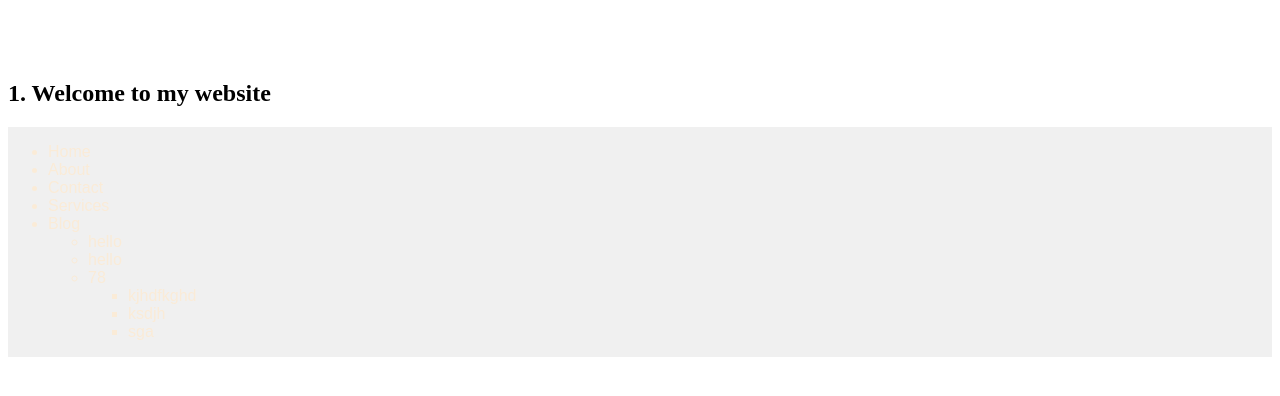
Repository: phulkeshwarmahto/CompleteJS
Page: index.html
The author's editor kept a copy of each file at every save. The page is drawn from the files as they stood at one save, then again after the next save.
The browser window is 1280 px wide. The pictures show the whole page.

Above is the page before, as saved 2025-06-25 12:41:59.

After the next save:
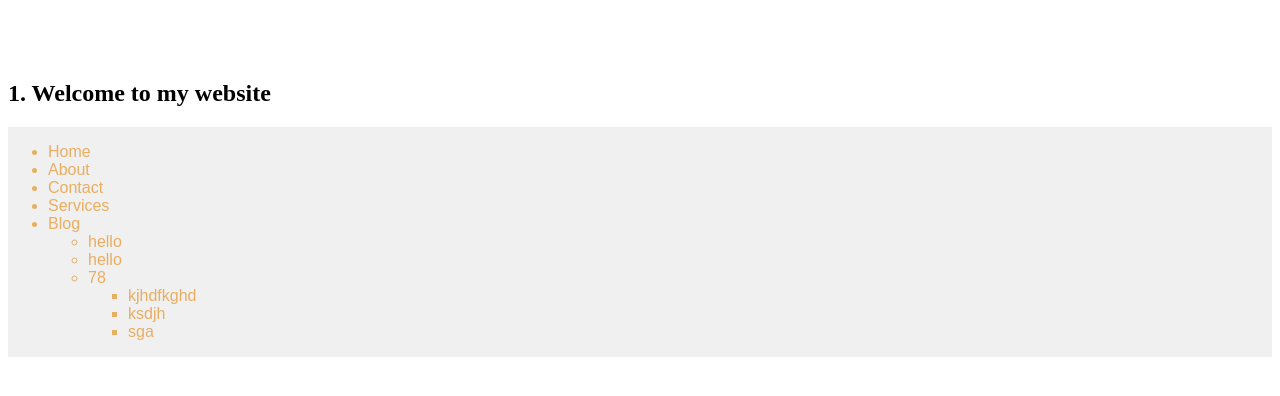
Saved 10 s later.
--- a/style.css
+++ b/style.css
@@ -3,7 +3,7 @@
     height: 100%;
     overflow: auto;
     background-color: #f0f0f0;
-    color: antiquewhite;
+    color: rgb(232, 174, 97);
     font-family: Arial, sans-serif;
     border: solid-Black 1px;
 }
